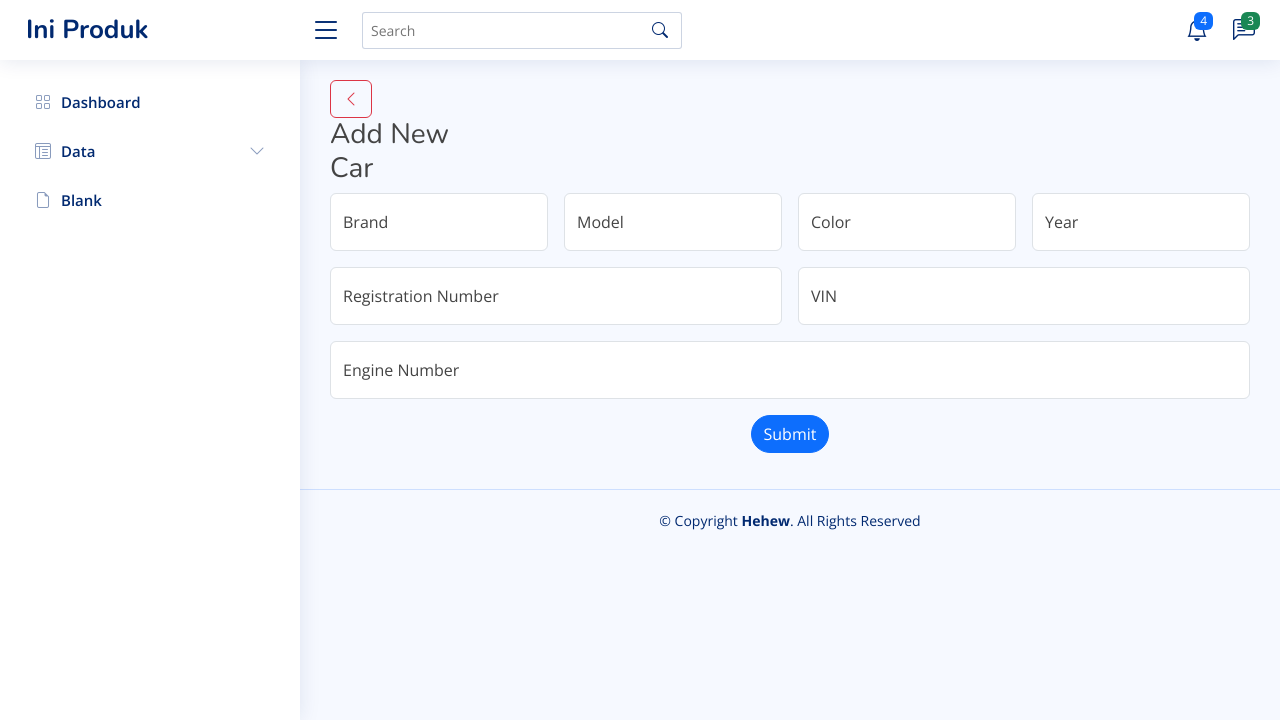
Repository: Jistoper/car_rental
Page: http://localhost/create
These files come from the project's save history. The page is drawn as it stood at one moment and after the next save; the edit follows.
The browser window is 1280 px wide. The pictures show the whole page.
The page is served by the project's Laravel application, run on PHP 8.4 with Laravel 9. Other server files are loaded and not shown.

Above is the page before, as saved 2023-06-25 15:10:59.

### routes/web.php
<?php

use Illuminate\Support\Facades\Route;
use App\Http\Controllers\carcontroller;

/*
|--------------------------------------------------------------------------
| Web Routes
|--------------------------------------------------------------------------
|
| Here is where you can register web routes for your application. These
| routes are loaded by the RouteServiceProvider within a group which
| contains the "web" middleware group. Now create something great!
|
*/

Route::get('/dashboard', function () {
    return view('backsite.dashboard');
})->name('dashboard');

Route::controller(CarController::class)->as('car.')->group(function(){
    Route::get('/car', 'getall')->name('getall');
    Route::get('/create', 'create')->name('create');
    Route::post('/create', 'storeCar')->name('store');
    Route::get('/edit', 'editView')->name('edit');
    Route::post('/edit', 'storeEdit')->name('storeEdit');
    Route::delete('/{$car_id}', 'delete')->name('delete');

    Route::get('/rent', 'getList')->name('getList');
    Route::get('/rent_car', 'rentView')->name('rentView');
    Route::post('/car/rent/{$car_id}', 'storeRent')->name('storeRent');
});

### app/Http/Controllers/carcontroller.php
<?php

namespace App\Http\Controllers;

use Illuminate\Http\Request;
use Illuminate\Support\Facades\Http;
use Illuminate\Support\Facades\View;


class CarController extends Controller
{
    // Start Car Data---------------------------------------------------------------------------------------
    public function getall()
    {
        $response = Http::get('http://localhost:8080/api/cars');
        $cars = json_decode($response, true);

        return view('backsite.content.car.cartable', ['Cars' => $cars['Cars']]);
    }

    public function create()
    {
        return view('backsite.content.car.createcar');
    }

    public function storeCar(Request $request)
    {
        $data = [
            "brand" => $request->brand,
            "model" => $request->model,
            "year" => intval($request->year),
            "registration_number" => $request->registration_number,
            "vin" => $request->vin,
            "engine_number" => $request->engine_number,
            "color" => $request->color,
            "is_available" => true
        ];

        $token = "eyJhbGciOiJIUzI1NiIsInR5cCI6IkpXVCJ9.eyJleHAiOjE2ODkxNjgwMjMsInN1YiI6InRlc3QxMiJ9.-ezLSqJzIuUbum_p1NXeInNHkG953SP_4fMdbOgrlUo"; // Replace with your actual auth token

        $response = Http::withHeaders([
            "Authorization" => "Bearer " . $token,
            "Content-Type" => "application/json",
        ])->post('http://localhost:8080/api/cars', $data);

        return redirect()->route('car.getall');
    }

    public function editView(Request $request)
    {
        $data = [
            "car_id" => $request->car_id,
            "brand" => $request->brand,
            "model" => $request->model,
            "year" => $request->year,
            "registration_number" => $request->registration_number,
            "vin" => $request->vin,
            "engine_number" => $request->engine_number,
            "color" => $request->color,
        ];

        return view('backsite.content.car.editcar')->with('data', $data);
    }

    public function storeEdit(Request $request)
    {
        $car_id = $request->input('car_id');

        $data = [
            "brand" => $request->brand,
            "model" => $request->model,
            "year" => intval($request->year),
            "registration_number" => $request->registration_number,
            "vin" => $request->vin,
            "engine_number" => $request->engine_number,
            "color" => $request->color,
            "is_available" => true
        ];

        $token = "eyJhbGciOiJIUzI1NiIsInR5cCI6IkpXVCJ9.eyJleHAiOjE2ODkxNjgwMjMsInN1YiI6InRlc3QxMiJ9.-ezLSqJzIuUbum_p1NXeInNHkG953SP_4fMdbOgrlUo"; // Replace with your actual auth token

        $response = Http::withHeaders([
            "Authorization" => "Bearer " . $token,
            "Content-Type" => "application/json",
        ])->put('http://localhost:8080/api/cars/' . $car_id, $data);

        return redirect()->route('car.getall');
    }

    public function delete(Request $request)
    {
        $car_id = $request->input('car_id');

        $data = [
            "id" => $car_id,
        ];

        $token = "eyJhbGciOiJIUzI1NiIsInR5cCI6IkpXVCJ9.eyJleHAiOjE2ODkxNjgwMjMsInN1YiI6InRlc3QxMiJ9.-ezLSqJzIuUbum_p1NXeInNHkG953SP_4fMdbOgrlUo";

        $response = Http::withHeaders([
            "Authorization" => "Bearer " . $token,
            "Content-Type" => "application/json",
        ])->delete('http://localhost:8080/api/cars', $data);

        return redirect()->back()->with('success', 'Car data deleted successfully.');
    }
    // End Car Data

    // Start Rent Data----------------------------------------------------------------------------------
    public function getList()
    {
        $response = Http::get('http://localhost:8080/api/cars');
        $cars = json_decode($response, true);

        return view('backsite.content.rent.renttable', ['Cars' => $cars['Cars']]);
    }

    public function rentView(Request $request)
    {
        $data = [
            "car_id" => $request->car_id,
            "brand" => $request->brand,
            "model" => $request->model,
            "registration_number" => $request->registration_number,
            "color" => $request->color,
        ];

        return view('backsite.content.rent.createrent')->with('data', $data);
    }

    public function storeRent(Request $request)
    {
        $data = [
            "user_id" => 2,
            "car_id" => $request->input('car_id'),
            "usage_region" => $request->usage_region,
            "rental_date" => $request->registration_number,
            "return_date" => $request->vin,
            "total_price" => $request->total_price,
            "is_completed" => false
        ];

        $token = "eyJhbGciOiJIUzI1NiIsInR5cCI6IkpXVCJ9.eyJleHAiOjE2ODkxNjgwMjMsInN1YiI6InRlc3QxMiJ9.-ezLSqJzIuUbum_p1NXeInNHkG953SP_4fMdbOgrlUo"; // Replace with your actual auth token

        $response = Http::withHeaders([
            "Authorization" => "Bearer " . $token,
            "Content-Type" => "application/json",
        ])->put('http://localhost:8080/api/cars/' . $car_id, $data);

        return redirect()->route('car.getlist');
    }
    // End Rent Data
}

### resources/views/backsite/content/car/createcar.blade.php
@extends('backsite.dashboard')

@section('content')

<div>
    <div class="md-3 row">
        <div class="">
          <a href="{{ route('car.getall') }}" class="btn btn-outline-danger bi-chevron-left"></a>
        </div>
        <div class="col-md-2">
          <h3 class="form-floating">
              Add New Car
          </h3>
        </div>
    </div>
    <form action="{{ route('car.store') }}" method="POST" class="row g-3">
        @csrf
        <div class="col-md-3">
            <div class="form-floating">
                <input type="text" name="brand" id="brand" class="form-control @error('brand') border-red-500 @enderror" value="{{ old('brand') }}" placeholder="Brand">
                <label for="brand">Brand</label>
            </div>
        </div>
        <div class="col-md-3">
            <div class="form-floating">
              <input type="text" name="model" id="model" class="form-control @error('model') border-red-500 @enderror" value="{{ old('model') }}" placeholder="Model">
              <label for="model">Model</label>
            </div>
        </div>
        <div class="col-md-3">
            <div class="form-floating">
                <input type="text" name="color" id="color" class="form-control @error('color') border-red-500 @enderror" value="{{ old('color') }}" placeholder="Color">
                <label for="color">Color</label>
            </div>
        </div>
        <div class="col-md-3">
            <div class="form-floating">
                <input type="text" name="year" id="year" class="form-control @error('year') border-red-500 @enderror" value="{{ old('year') }}" placeholder="Year">
                <label for="year">Year</label>
            </div>
        </div>
        <div class="col-md-6">
          <div class="form-floating">
            <input type="text" name="registration_number" id="registration_number" class="form-control @error('registration_number') border-red-500 @enderror" value="{{ old('registration_number') }}" placeholder="Registration Number">
            <label for="registration_number">Registration Number</label>
          </div>
        </div>
        <div class="col-md-6">
          <div class="col-md-12">
            <div class="form-floating">
                <input type="text" name="vin" id="vin" class="form-control @error('vin') border-red-500 @enderror" value="{{ old('vin') }}" placeholder="VIN">
              <label for="vin">VIN</label>
            </div>
          </div>
        </div>
        <div class="col-md-12">
          <div class="form-floating">
            <input type="text" name="engine_number" id="engine_number" class="form-control @error('engine_number') border-red-500 @enderror" value="{{ old('engine_number') }}" placeholder="Engine Number">
            <label for="engine_number">Engine Number</label>
          </div>
        </div>
        <div class="text-center mb-3">
            <button class="btn btn-primary rounded-pill" onclick="getContent()" type="submit">
                <span>
                    Submit
                </span>
            </button>
        </div>
      </form><!-- End floating Labels Form -->
</div>

@endsection

### resources/views/backsite/partials/sidebar.blade.php
<aside id="sidebar" class="sidebar">

    <ul class="sidebar-nav" id="sidebar-nav">

      <li class="nav-item">
        <a class="nav-link collapsed" href="{{ route('dashboard') }}">
          <i class="bi bi-grid"></i>
          <span>Dashboard</span>
        </a>
      </li><!-- End Dashboard Nav -->

      <li class="nav-item">
        <a class="nav-link collapsed" data-bs-target="#tables-nav" data-bs-toggle="collapse" href="#">
          <i class="bi bi-layout-text-window-reverse"></i><span>Data</span><i class="bi bi-chevron-down ms-auto"></i>
        </a>
        <ul id="tables-nav" class="nav-content collapse " data-bs-parent="#sidebar-nav">
          <li>
            <a href="{{ route('car.getall') }}">
              <i class="bi bi-circle"></i><span>Cars</span>
            </a>
          </li>
          <li>
            <a href="{{ route('car.getList') }}">
              <i class="bi bi-circle"></i><span>Rental</span>
            </a>
          </li>
        </ul>
      </li><!-- End Tables Nav -->

      {{-- <li class="nav-item">
        <a class="nav-link collapsed" data-bs-target="#forms-nav" data-bs-toggle="collapse" href="#">
          <i class="bi bi-journal-text"></i><span>Forms</span><i class="bi bi-chevron-down ms-auto"></i>
        </a>
        <ul id="forms-nav" class="nav-content collapse " data-bs-parent="#sidebar-nav">
          <li>
            <a href="forms-elements.html">
              <i class="bi bi-circle"></i><span>Form Elements</span>
            </a>
          </li>
          <li>
            <a href="forms-layouts.html">
              <i class="bi bi-circle"></i><span>Form Layouts</span>
            </a>
          </li>
          <li>
            <a href="forms-editors.html">
              <i class="bi bi-circle"></i><span>Form Editors</span>
            </a>
          </li>
          <li>
            <a href="forms-validation.html">
              <i class="bi bi-circle"></i><span>Form Validation</span>
            </a>
          </li>
        </ul>
      </li>

      <li class="nav-item">
        <a class="nav-link collapsed" data-bs-target="#icons-nav" data-bs-toggle="collapse" href="#">
          <i class="bi bi-gem"></i><span>Icons</span><i class="bi bi-chevron-down ms-auto"></i>
        </a>
        <ul id="icons-nav" class="nav-content collapse " data-bs-parent="#sidebar-nav">
          <li>
            <a href="icons-bootstrap.html">
              <i class="bi bi-circle"></i><span>Bootstrap Icons</span>
            </a>
          </li>
          <li>
            <a href="icons-remix.html">
              <i class="bi bi-circle"></i><span>Remix Icons</span>
            </a>
          </li>
          <li>
            <a href="icons-boxicons.html">
              <i class="bi bi-circle"></i><span>Boxicons</span>
            </a>
          </li>
        </ul>
      </li>

      <li class="nav-heading">Pages</li>

      <li class="nav-item">
        <a class="nav-link collapsed" href="users-profile.html">
          <i class="bi bi-person"></i>
          <span>Profile</span>
        </a>
      </li>

      <li class="nav-item">
        <a class="nav-link collapsed" href="pages-faq.html">
          <i class="bi bi-question-circle"></i>
          <span>F.A.Q</span>
        </a>
      </li>

      <li class="nav-item">
        <a class="nav-link collapsed" href="pages-contact.html">
          <i class="bi bi-envelope"></i>
          <span>Contact</span>
        </a>
      </li>

      <li class="nav-item">
        <a class="nav-link collapsed" href="pages-register.html">
          <i class="bi bi-card-list"></i>
          <span>Register</span>
        </a>
      </li>

      <li class="nav-item">
        <a class="nav-link collapsed" href="pages-login.html">
          <i class="bi bi-box-arrow-in-right"></i>
          <span>Login</span>
        </a>
      </li>

      <li class="nav-item">
        <a class="nav-link collapsed" href="pages-error-404.html">
          <i class="bi bi-dash-circle"></i>
          <span>Error 404</span>
        </a>
      </li> --}}

      <li class="nav-item">
        <a class="nav-link collapsed" href="pages-blank.html">
          <i class="bi bi-file-earmark"></i>
          <span>Blank</span>
        </a>
      </li>

    </ul>

  </aside><!-- End Sidebar-->

### public/assets/simple-datatables/style.css
.datatable-wrapper.no-header .datatable-container {
	border-top: 1px solid #d9d9d9;
}

.datatable-wrapper.no-footer .datatable-container {
	border-bottom: 1px solid #d9d9d9;
}

.datatable-top,
.datatable-bottom {
	padding: 8px 10px;
}

.datatable-top > nav:first-child,
.datatable-top > div:first-child,
.datatable-bottom > nav:first-child,
.datatable-bottom > div:first-child {
	float: left;
}

.datatable-top > nav:last-child,
.datatable-top > div:last-child,
.datatable-bottom > nav:last-child,
.datatable-bottom > div:last-child {
	float: right;
}

.datatable-selector {
	padding: 6px;
}

.datatable-input {
	padding: 6px 12px;
}

.datatable-info {
	margin: 7px 0;
}

/* PAGER */
.datatable-pagination ul {
	margin: 0;
	padding-left: 0;
}

.datatable-pagination li {
	list-style: none;
	float: left;
}

.datatable-pagination li.datatable-hidden {
    visibility: hidden;
}

.datatable-pagination a {
	border: 1px solid transparent;
	float: left;
	margin-left: 2px;
	padding: 6px 12px;
	position: relative;
	text-decoration: none;
	color: #333;
    cursor: pointer;
}

.datatable-pagination a:hover {
	background-color: #d9d9d9;
}

.datatable-pagination .datatable-active a,
.datatable-pagination .datatable-active a:focus,
.datatable-pagination .datatable-active a:hover {
	background-color: #d9d9d9;
	cursor: default;
}

.datatable-pagination .datatable-ellipsis a,
.datatable-pagination .datatable-disabled a,
.datatable-pagination .datatable-disabled a:focus,
.datatable-pagination .datatable-disabled a:hover {
    pointer-events: none;
    cursor: default;
}

.datatable-pagination .datatable-disabled a,
.datatable-pagination .datatable-disabled a:focus,
.datatable-pagination .datatable-disabled a:hover {
	cursor: not-allowed;
	opacity: 0.4;
}

.datatable-pagination .datatable-pagination a {
	font-weight: bold;
}

/* TABLE */
.datatable-table {
	max-width: 100%;
	width: 100%;
	border-spacing: 0;
	border-collapse: separate;
}

.datatable-table > tbody > tr > td,
.datatable-table > tbody > tr > th,
.datatable-table > tfoot > tr > td,
.datatable-table > tfoot > tr > th,
.datatable-table > thead > tr > td,
.datatable-table > thead > tr > th {
	vertical-align: top;
	padding: 8px 10px;
}

.datatable-table > thead > tr > th {
	vertical-align: bottom;
	text-align: left;
	border-bottom: 1px solid #d9d9d9;
}

.datatable-table > tfoot > tr > th {
	vertical-align: bottom;
	text-align: left;
	border-top: 1px solid #d9d9d9;
}

.datatable-table th {
	vertical-align: bottom;
	text-align: left;
}

.datatable-table th a {
	text-decoration: none;
	color: inherit;
}

.datatable-sorter, .datatable-filter {
	display: inline-block;
	height: 100%;
	position: relative;
	width: 100%;
}

.datatable-sorter::before,
.datatable-sorter::after {
	content: "";
	height: 0;
	width: 0;
	position: absolute;
	right: 4px;
	border-left: 4px solid transparent;
	border-right: 4px solid transparent;
	opacity: 0.2;
}


.datatable-sorter::before {
	border-top: 4px solid #000;
	bottom: 0px;
}

.datatable-sorter::after {
	border-bottom: 4px solid #000;
	border-top: 4px solid transparent;
	top: 0px;
}

.datatable-ascending .datatable-sorter::after,
.datatable-descending .datatable-sorter::before,
.datatable-ascending .datatable-filter::after,
.datatable-descending .datatable-filter::before {
	opacity: 0.6;
}

.datatable-filter::before {
    content: "";
    position: absolute;
    right: 4px;
    opacity: 0.2;
    width: 0;
    height: 0;
    border-left: 7px solid transparent;
    border-right: 7px solid transparent;
	border-radius: 50%;
    border-top: 10px solid #000;
    top: 25%;
}

.datatable-filter-active .datatable-filter::before {
    opacity: 0.6;
}

.datatable-empty {
	text-align: center;
}

.datatable-top::after, .datatable-bottom::after {
	clear: both;
	content: " ";
	display: table;
}

table.datatable-table:focus tr.datatable-cursor > td:first-child {
	border-left: 3px blue solid;
}

table.datatable-table:focus {
	outline: solid 1px black;
    outline-offset: -1px;
}

Loaded but not shown: app/Http/Controllers/Controller.php (common file); public/assets/bootstrap/css/bootstrap.min.css (library); public/assets/bootstrap-icons/bootstrap-icons.css (library); public/assets/boxicons/css/boxicons.min.css (library); public/assets/apexcharts/apexcharts.min.js (library); public/assets/bootstrap/js/bootstrap.bundle.min.js (library); public/assets/chart.js/chart.umd.js (library); public/assets/echarts/echarts.min.js (library); public/assets/quill/quill.min.js (library); public/assets/simple-datatables/simple-datatables.js (library); public/assets/tinymce/tinymce.min.js (library); public/js/main.js (321 lines, source omitted); public/assets/php-email-form/validate.js (85 lines, source omitted); public/assets/remixicon/remixicon.css (2526 lines, source omitted); resources/views/backsite/dashboard.blade.php (740 lines, source omitted); public/assets/quill/quill.bubble.css (952 lines, source omitted); public/assets/quill/quill.snow.css (945 lines, source omitted); public/css/style.css (1233 lines, source omitted); resources/views/backsite/partials/header.blade.php (225 lines, source omitted)

After the next save:
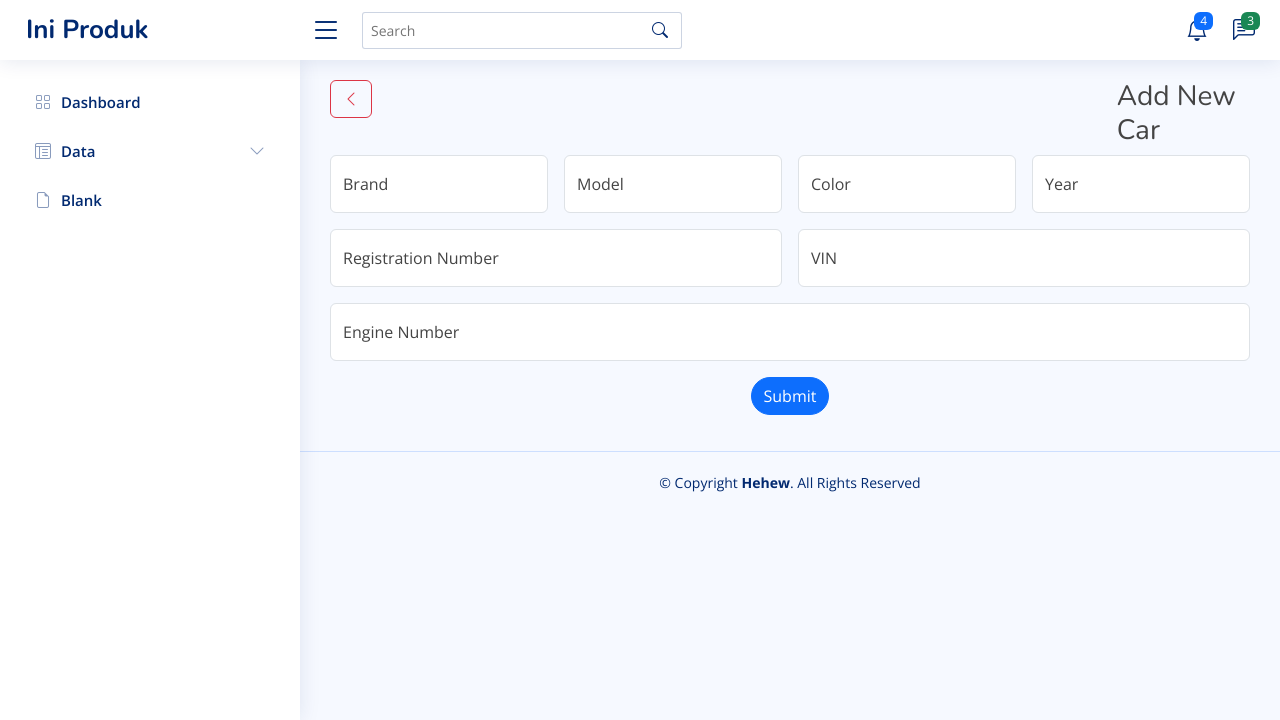
Saved 6 s later.
--- a/resources/views/backsite/content/car/createcar.blade.php
+++ b/resources/views/backsite/content/car/createcar.blade.php
@@ -4,7 +4,7 @@
 
 <div>
     <div class="md-3 row">
-        <div class="">
+        <div class="col">
           <a href="{{ route('car.getall') }}" class="btn btn-outline-danger bi-chevron-left"></a>
         </div>
         <div class="col-md-2">
